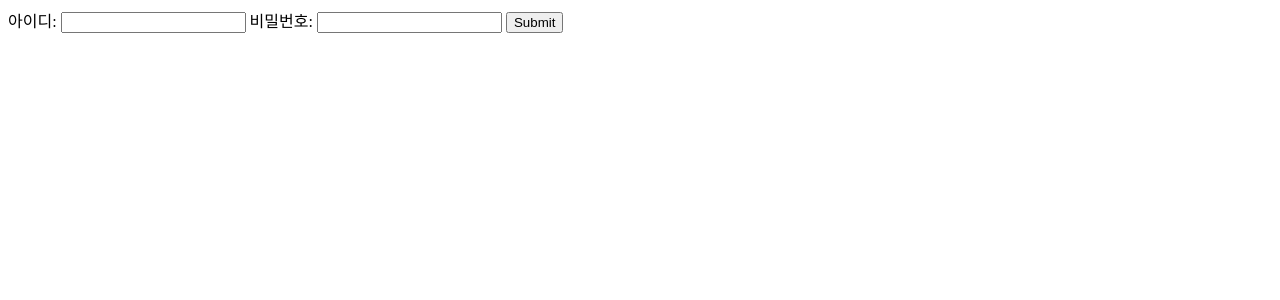
Repository: JuHyeon-S/21-1-Web-Back-end_Programming
Page: week09/week09_work01_20185135/src/main/webapp/week09_work01_20185135.html
The author's editor kept a copy of each file at every save. The page is drawn from the files as they stood at one save, then again after the next save.
The browser window is 1280 px wide. The pictures show the whole page.

Above is the page before, as saved 2021-04-27 02:23:09.

### week09/week09_work01_20185135/src/main/webapp/week09_work01_20185135.html
<!DOCTYPE html>
<html>
<head>
<meta charset="EUC-KR">
<title>Insert title here</title>
</head>
<body>
	<form method="post" action="week09_work01_20185135.jsp">
		아이디: <input type="text" name="id">
		비밀번호: <input type="text" name="pw">
		<input type="submit">
	</form>

</body>
</html>

After the next save:
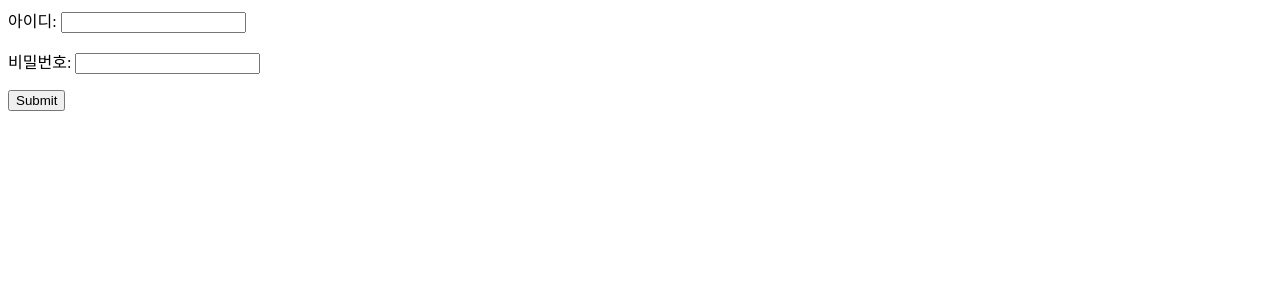
Saved 62 s later.
--- a/week09/week09_work01_20185135/src/main/webapp/week09_work01_20185135.html
+++ b/week09/week09_work01_20185135/src/main/webapp/week09_work01_20185135.html
@@ -6,8 +6,8 @@
 </head>
 <body>
 	<form method="post" action="week09_work01_20185135.jsp">
-		아이디: <input type="text" name="id">
-		비밀번호: <input type="text" name="pw">
+		아이디: <input type="text" name="id"><p>
+		비밀번호: <input type="text" name="pw"><p>
 		<input type="submit">
 	</form>
 
